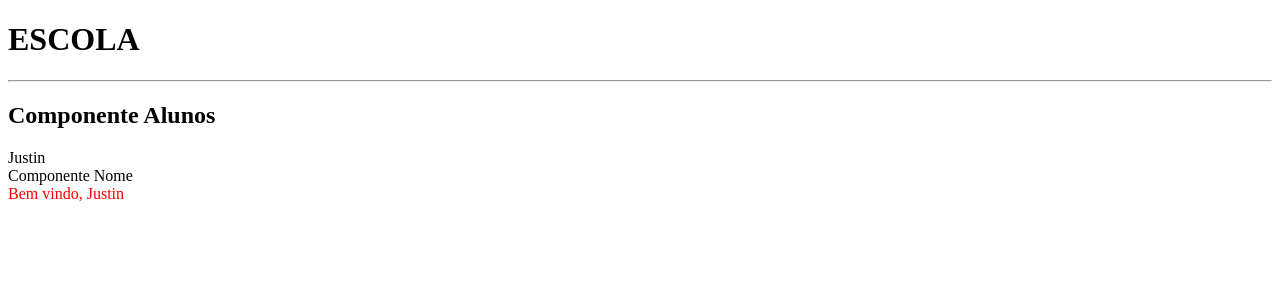
Repository: joaoaspimienta/estudos-de-context-api
Page: /
These files come from the project's save history. The page is drawn as it stood at one moment and after the next save; the edit follows.
The browser window is 1280 px wide. The pictures show the whole page.
The project was rebuilt for these pictures with package versions that can differ from the ones it lists, and the page was loaded fresh each time.

Above is the page before, as saved 2022-06-16 20:39:32.

After the next save:
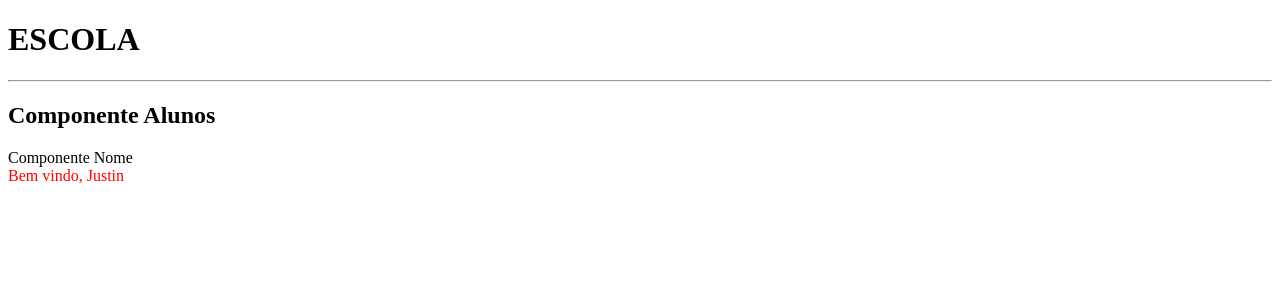
Saved 12 s later.
--- a/src/components/Alunos/index.js
+++ b/src/components/Alunos/index.js
@@ -2,11 +2,9 @@ import { useState } from "react";
 import Nome from "../Nome";
 
 function Alunos() {
-  const [aluno, setAluno] = useState("Justin");
   return (
     <div>
       <h2>Componente Alunos</h2>
-      <span>{aluno}</span>
       <Nome />
     </div>
   );
